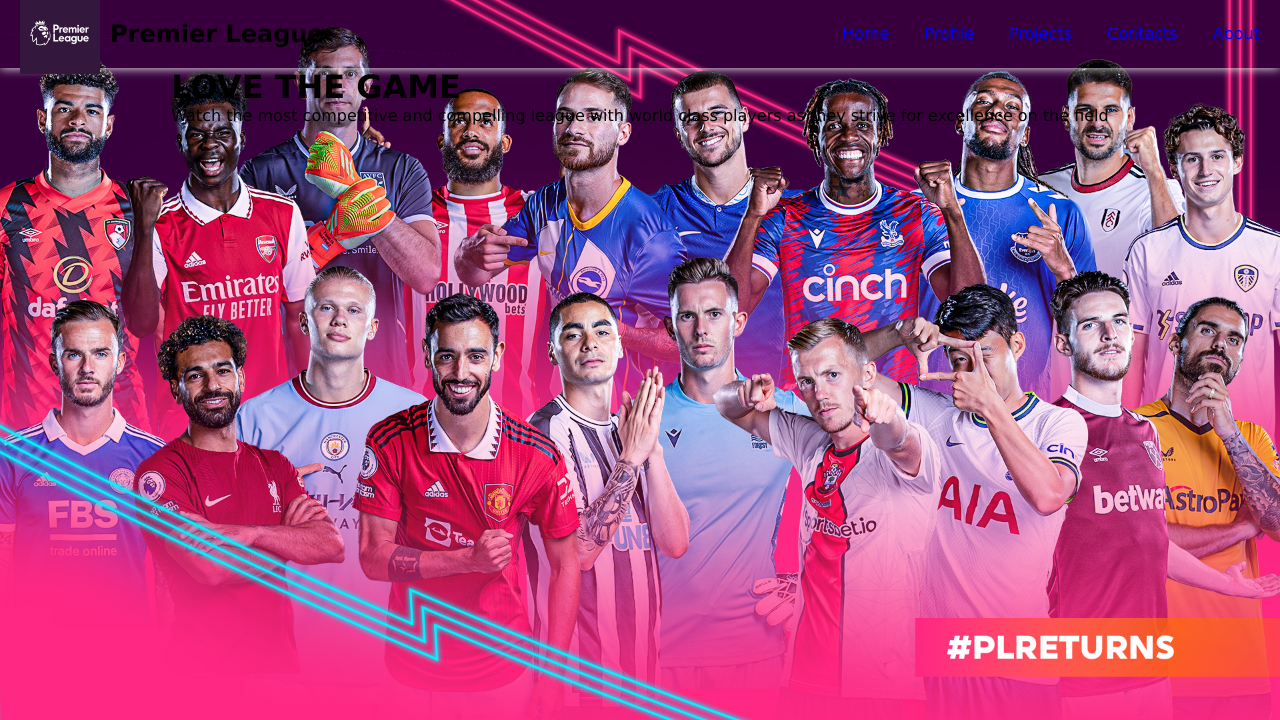
Repository: ogaziesam/simple-landing-page
Page: index.html
An editor plug-in stored every save of this project. The page is shown before and after a run of saves, followed by the edit.
The browser window is 1280 px wide. The pictures show the whole page.

Above is the page before, as saved 2023-08-12 08:12:04.

After the next 2 saves:
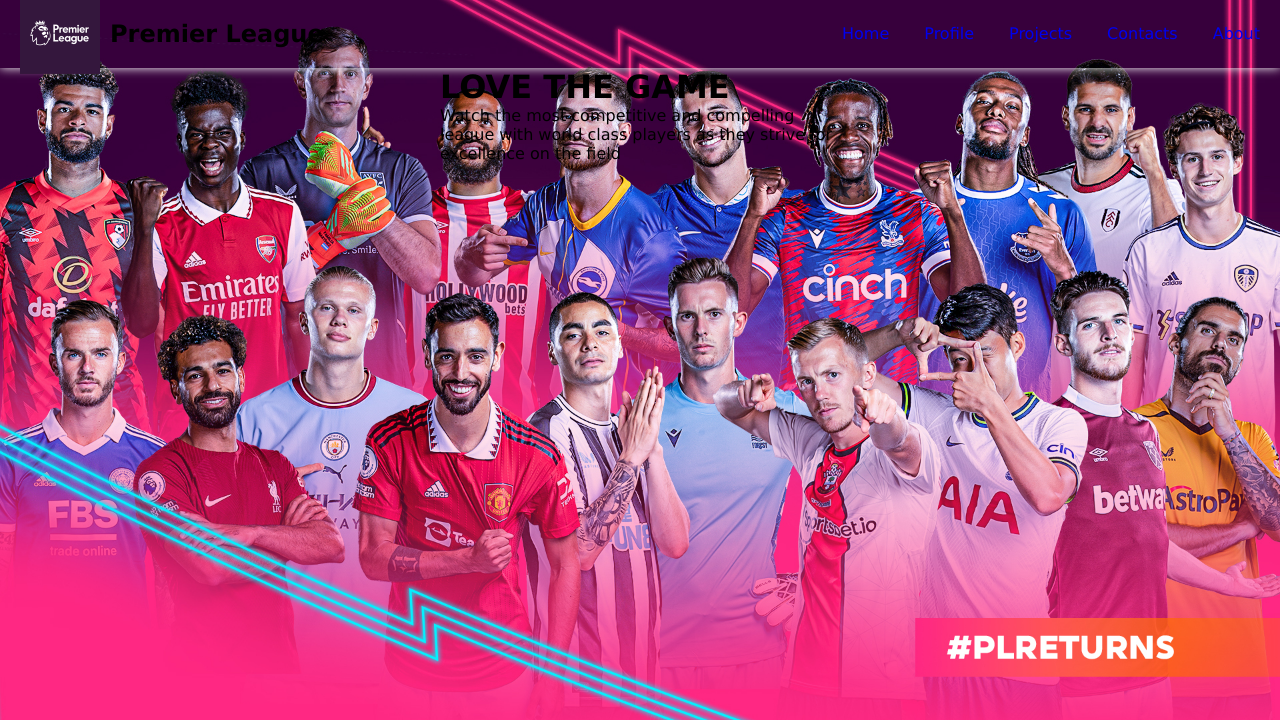
The 2 saves are shown as one change because they came seconds apart.
The last was saved 10 s later.
--- a/resources/css/style.css
+++ b/resources/css/style.css
@@ -56,5 +56,6 @@
 }
 
 .description {
-    max-width: ;
+    max-width: 400px;
+
 }
